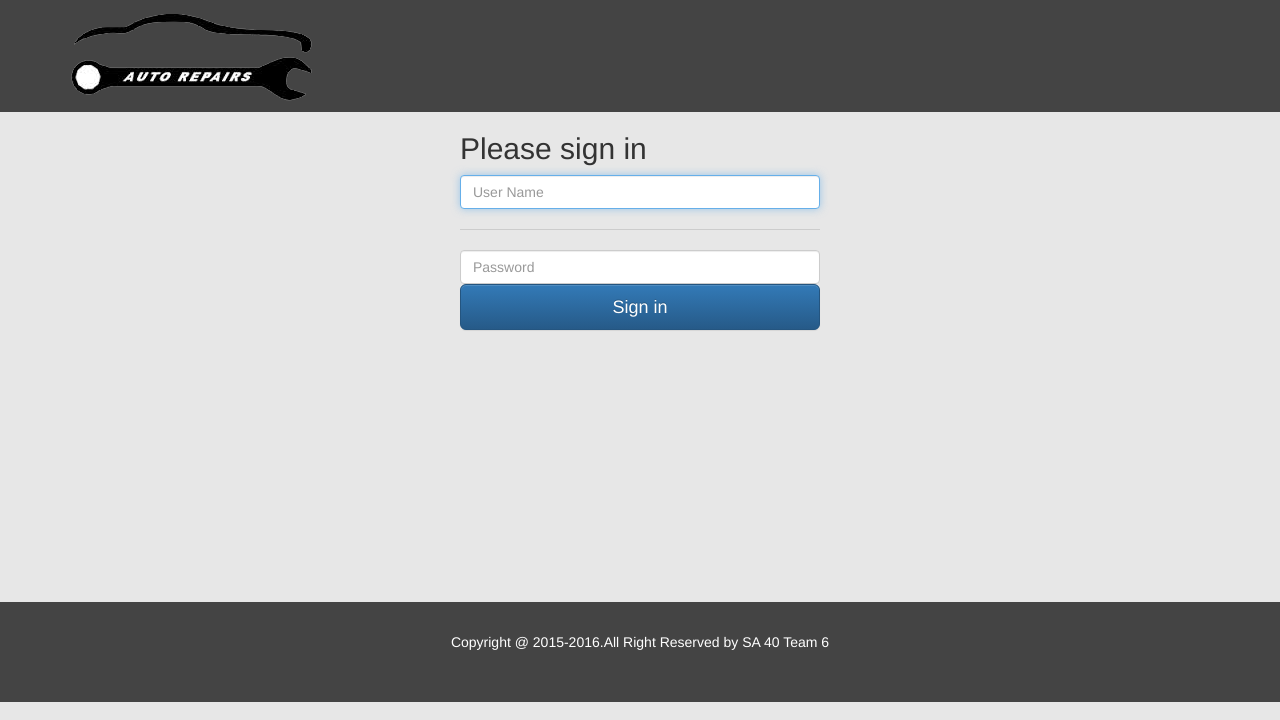
Repository: JiorMajor/InventorySystemWorkspace
Page: http://localhost/InventoryWebSA40Team6/ShowLogin
These files come from the project's save history. The page is drawn as it stood at one moment and after the next save; the edit follows.
The browser window is 1280 px wide. The pictures show the whole page.
The page is served by Tomcat 9. Other server files are loaded and not shown.

Above is the page before, as saved 2015-06-12 17:34:49.

### InventoryWebSA40Team6/WebContent/WEB-INF/decorators.xml
<?xml version="1.0" encoding="UTF-8"?>
<decorators defaultdir="/decorators">
    <decorator name="basic-theme" page="master-theme.jsp">
        <pattern>/pages/*</pattern>
    </decorator>
</decorators>

### InventoryWebSA40Team6/WebContent/index.jsp
<?xml version="1.0" encoding="UTF-8" ?>
<%@ taglib uri="http://www.opensymphony.com/sitemesh/decorator"
	prefix="decorator"%>
<%@ taglib prefix="c" uri="http://java.sun.com/jsp/jstl/core"%>
<html xmlns="http://www.w3.org/1999/xhtml">
<head>

<meta charset="utf-8">
<meta http-equiv="X-UA-Compatible" content="IE=edge">
<meta name="viewport" content="width=device-width, initial-scale=1">
<title>SitemeshDemo</title>
<!-- Bootstrap -->
<link href="bootstrap/css/bootstrap.min.css" type="text/css" rel="stylesheet" />
<link href="bootstrap/css/bootstrap-theme.min.css" type="text/css" rel="stylesheet" />
<link href="bootstrap/css/style.css" type="text/css" rel="stylesheet" />
<script type="text/javascript" src="bootstrap/js/jquery-1.11.3.min.js"></script>
<script type="text/javascript" src="bootstrap/js/bootstrap.min.js"></script>
<script type="text/javascript" src="bootstrap/js/modal.js"></script>
</head>
<body>
	<div class="header">
		<div class="container">
			<div class="row ">
				<div class="col-lg-12">
					<a href="#"><img src='images/carlogo.png'></a>
				</div>
			</div>
		</div>
	</div><!-- End header -->

	<div class="container" style="height:490px">
	  <div class="row">
	  <div class="col-md-4"></div>
	  <div class="col-md-4">
      <form class="form-signin" action="/InventoryWebSA40Team6/ValidateLogin" method=post>
        <h2 class="form-signin-heading">Please sign in</h2>
		<c:if test="${flag==\"false\"}">
			<h3 style="color:red">Login unsuccessful!</h3>
		</c:if>
        <label for="inputEmail" class="sr-only">Email address</label>
        <input type="text" id="inputEmail" class="form-control" placeholder="User Name" name="name" required autofocus>
        <hr>
        <label for="inputPassword" class="sr-only">Password</label>
        <input type="password" id="inputPassword" class="form-control" placeholder="Password" name="password" required>
        <button class="btn btn-lg btn-primary btn-block" type="submit">Sign in</button>
      </form>
     	</div>
      <div class="col-md-4"></div>
      </div>
    </div> <!-- /container -->

		<div class="footer">
	<div class="container">
			<div class="row">
				<div class="col-lg-12">
					<center><p>Copyright @ 2015-2016.All Right Reserved by SA 40 Team 6</p></center>
				</div>
			</div>
		</div>

	</div>
</body>
</html>

### InventoryWebSA40Team6/src/controller/ShowLogin.java
package controller;

import java.io.IOException;

import javax.servlet.RequestDispatcher;
import javax.servlet.ServletException;
import javax.servlet.annotation.WebServlet;
import javax.servlet.http.HttpServlet;
import javax.servlet.http.HttpServletRequest;
import javax.servlet.http.HttpServletResponse;

/**
 * Servlet implementation class ShowLogin
 */
@WebServlet("/ShowLogin")
public class ShowLogin extends HttpServlet {
	private static final long serialVersionUID = 1L;

    /**
     * @see HttpServlet#HttpServlet()
     */
    public ShowLogin() {
        super();
        // TODO Auto-generated constructor stub
    }

	/**
	 * @see HttpServlet#doGet(HttpServletRequest request, HttpServletResponse response)
	 */
	protected void doGet(HttpServletRequest request, HttpServletResponse response) throws ServletException, IOException {
		// TODO Auto-generated method stub
		RequestDispatcher rd = request.getRequestDispatcher("/index.jsp");
		rd.forward(request, response);
	}

	/**
	 * @see HttpServlet#doPost(HttpServletRequest request, HttpServletResponse response)
	 */
	protected void doPost(HttpServletRequest request, HttpServletResponse response) throws ServletException, IOException {
		// TODO Auto-generated method stub
	}

}

### InventoryWebSA40Team6/WebContent/bootstrap/css/style.css
@CHARSET "UTF-8";
*{
	margin:0 auto;
	padding:0 auto;
}
body{
	background:#e7e7e7;
}

.header{
	padding:30px 0 ;
	border:1px solid #ccc;
    padding: 10px 0;
    width: 100%;
    background:#444;
    border:0;
    margin:0;

}
.header img{border:0;}
.menu{
	background: #ccc;
	box-shadow:2px -1px 13px #333;

}
.footer{
	background:#444;
	padding:30px 0;
	width:100%;
	height:100px;
}
p{
	color:#fff;
}
img{
	border:1px solid #ccc;
}
.main{
	padding-top:30px;
	padding-bottom:30px;
}
.main p{
	color:#333;
}
.navbar-default{
	color:none;
	border:none;
	box-shadow:none;
}
.navbar{margin-bottom:0;}
.navbar-header{
	background:none;
	color:#fff;
}
a.navbar-brand{
	color:none;
	padding-left:0;
	padding-right: 70px;
}
.navbar-default{
	background:none;
	padding:0;
}
.navbar-default .navbar-brand{color:#444;}

h1{padding-bottom:30px;}*/

select{
	width:100%;
	padding-top:10px;
	padding-bottom:4px;

}
/*
table{
	width:100%;

}

table tr td{
	border:1px solid #ccc;
	padding:5px;
	text-algin:center;

}
table form input{
	width:50%;
}
table tr td input{
	margin:5px;

}

table tr.title{
	font-weight: bold;
	font-size:16px;

}*/

.button{
	margin-top:20px;
	float:right;
}
hr{border-color:rgb(204,204,204);}

.imp{
	color:red;
	font-weight: bold;
	font-size:16px;
}
h4.success{
	color:green;
	background:#f0f0f0;
	border:1px solid #ccc;
	padding:10px;
	margin:0 0 35px;
}

.navbar-default .navbar-nav > li > a{
	color: #333;
    font-size: 15px;

}

.navbar-default .navbar-nav > li > a:focus, .navbar-default .navbar-nav > li > a:hover{
	background: rgb(231,231,231);
}
.dropdown-menu{
	padding-top:0;

}
.dropdown-menu .divider{
	margin:0 0;
	border-bottom: 1px dashed;
	background-color: #ccc;
    height: 0;
}
.dropdown-menu > li > a{
	padding-top:10px;
	padding-bottom:10px;
	color:#ccc;
}
.dropdown-menu{
	background-color: #595959;
	opacity:0.4%;
}
.alert-danger{
	float:left;
	margin-bottom:20px;
	width:100%;
}

.cus{
	margin:20px 0;
}
.navbar-nav .open .dropdown-menu{
	background-color: #ccc;
}
#bs-example-navbar-collapse-1 > ul> li>ul .navbar-nav .open .dropdown-menu {
	background: #ccc;
}

#bs-example-navbar-collapse-1 > ul > li > ul.dropdown-menu{
	background-color:#595959;
	opacity:0.4%;
}
#bs-example-navbar-collapse-1 > ul > li > ul > li> a{
	color:#ccc;
}
#bs-example-navbar-collapse-1 > ul > li > ul > li> a:hover{
	background: rgb(231,231,231);
	color:#333;
}

### InventoryWebSA40Team6/WebContent/bootstrap/js/modal.js
/**
 *
 */
$('#myModal').on('shown.bs.modal', function () {
  $('#myInput').focus()
})

Loaded but not shown: InventoryWebSA40Team6/WebContent/bootstrap/css/bootstrap.min.css (library); InventoryWebSA40Team6/WebContent/bootstrap/css/bootstrap-theme.min.css (library); InventoryWebSA40Team6/WebContent/bootstrap/js/jquery-1.11.3.min.js (library); InventoryWebSA40Team6/WebContent/bootstrap/js/bootstrap.min.js (library)

After the next save:
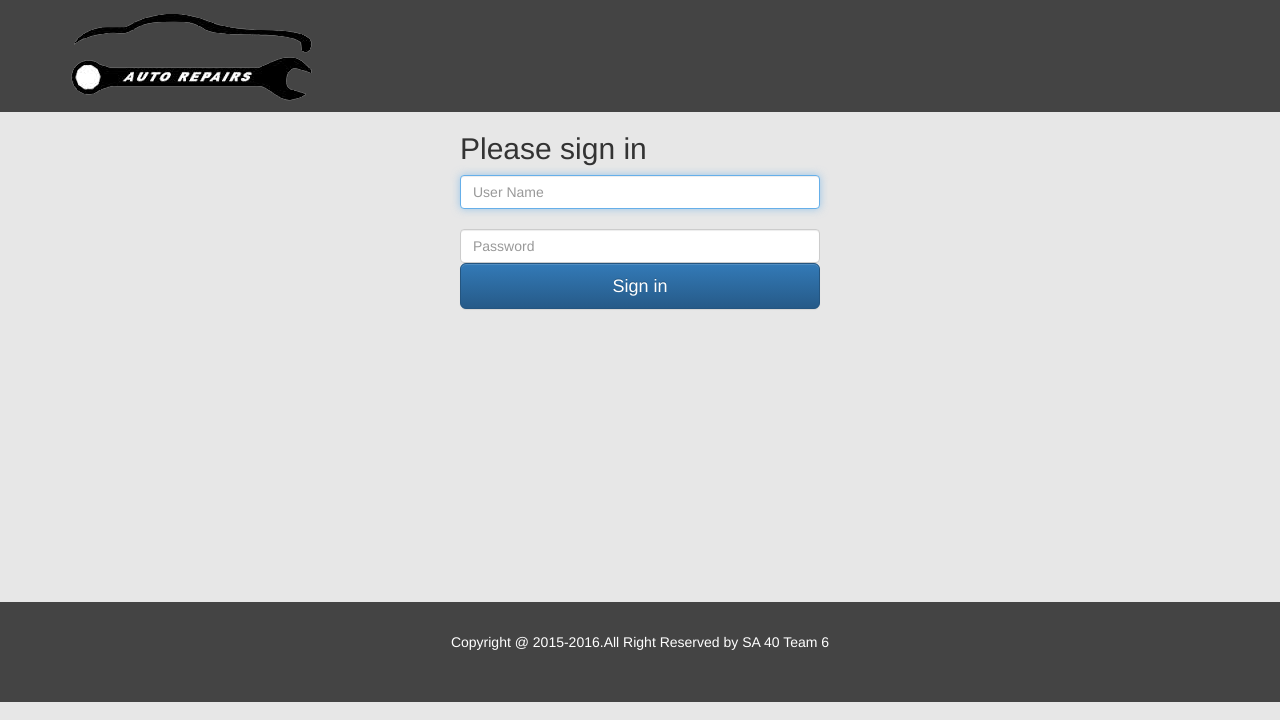
Saved 26 s later.
--- a/InventoryWebSA40Team6/WebContent/index.jsp
+++ b/InventoryWebSA40Team6/WebContent/index.jsp
@@ -39,7 +39,7 @@
 		</c:if>
         <label for="inputEmail" class="sr-only">Email address</label>
         <input type="text" id="inputEmail" class="form-control" placeholder="User Name" name="name" required autofocus>
-        <hr>
+        <br>
         <label for="inputPassword" class="sr-only">Password</label>
         <input type="password" id="inputPassword" class="form-control" placeholder="Password" name="password" required>
         <button class="btn btn-lg btn-primary btn-block" type="submit">Sign in</button>
